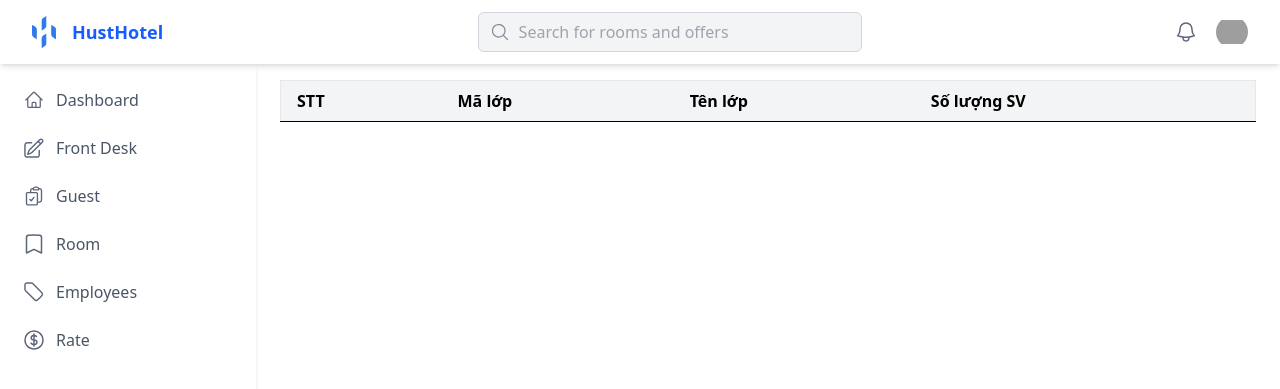
Repository: nguynd/GR1Attendance
Page: / (app in fe/)
These files come from the project's save history. The page is drawn as it stood at one moment and after the next save; the edit follows.
The browser window is 1280 px wide. The pictures show the whole page.
Pictures or frames that could not be fetched are drawn as grey boxes. The page's requests for data from a server got no answer. The project was rebuilt for these pictures with package versions that can differ from the ones it lists, and the page was loaded fresh each time. No one was signed in, and anything a server would have sent is missing. Also part of the build but not shown: fe/vite.config.js, fe/src/components/EditClass.jsx.

Above is the page before, as saved 2025-05-24 19:15:39.

After the next save:
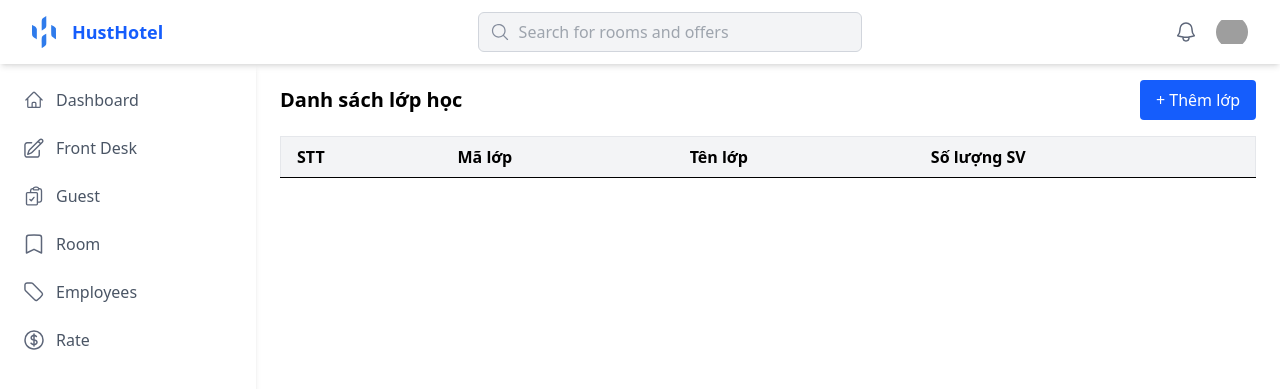
Saved 62 s later.
--- a/fe/src/components/ClassList.jsx
+++ b/fe/src/components/ClassList.jsx
@@ -27,7 +27,7 @@ export default function ClassList() {
   };
 
   return (
-    <div className="p-6 ml-64 max-w-[calc(100vw-256px)]">
+    <div className="pt-20 p-6 ml-64 max-w-[calc(100vw-256px)]">
       <div className="flex justify-between items-center mb-4">
         <h2 className="text-xl font-bold">Danh sách lớp học</h2>
         <button
